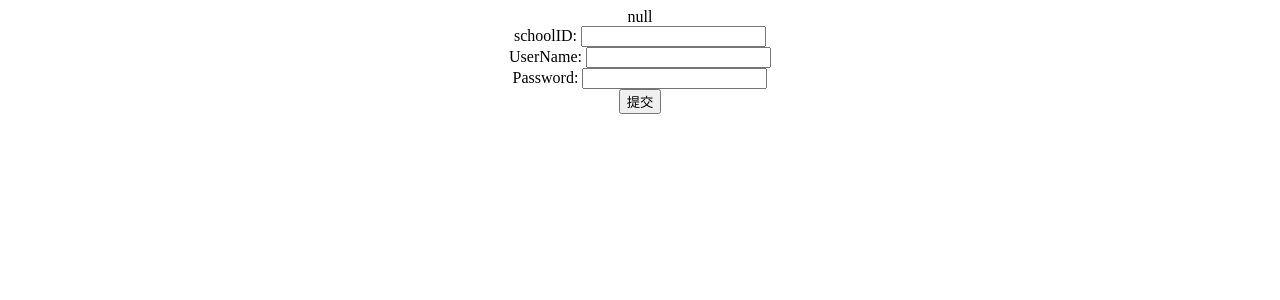
Repository: francisXKF/gitcommitUML
Page: http://localhost/mySystem/JSP/register.jsp
The author's editor kept a copy of each file at every save. The page is drawn from the files as they stood at one save, then again after the next save.
The browser window is 1280 px wide. The pictures show the whole page.
The page is served by Tomcat 9.

Above is the page before, as saved 2015-05-24 01:43:40.

After the next save:
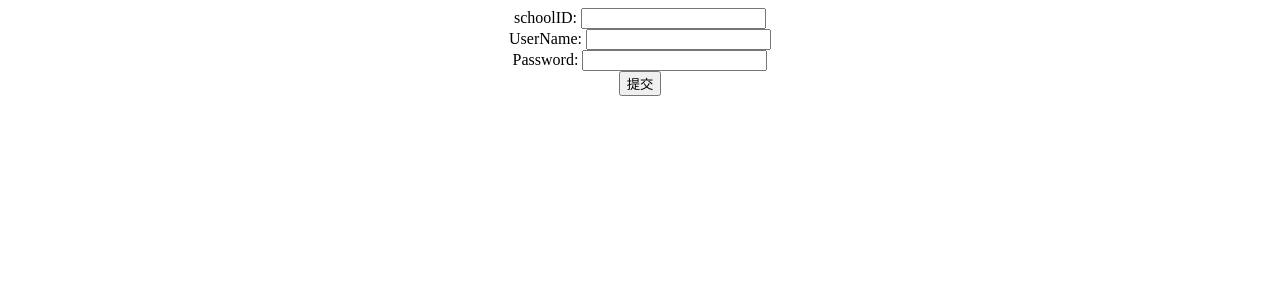
Saved 72 s later.
--- a/javaEEUml/mySystem/WebContent/JSP/register.jsp
+++ b/javaEEUml/mySystem/WebContent/JSP/register.jsp
@@ -11,8 +11,12 @@
 	String transmessage = (String)request.getAttribute("transmessage");
 %>
 <div align="center">
-	<%=transmessage %>
-	<%request.setAttribute("transmessage", null); %>
+	<%
+		if(transmessage != null){
+			out.print(transmessage + "<br />");
+			request.setAttribute("transmessage", null);
+		}
+	%>
 	<form action="/mySystem/register-judge" method="post">
 		schoolID: <input type="text" name="schoolID" value="" /><br/>
 		UserName: <input type="text" name="username" value="" /><br/>
